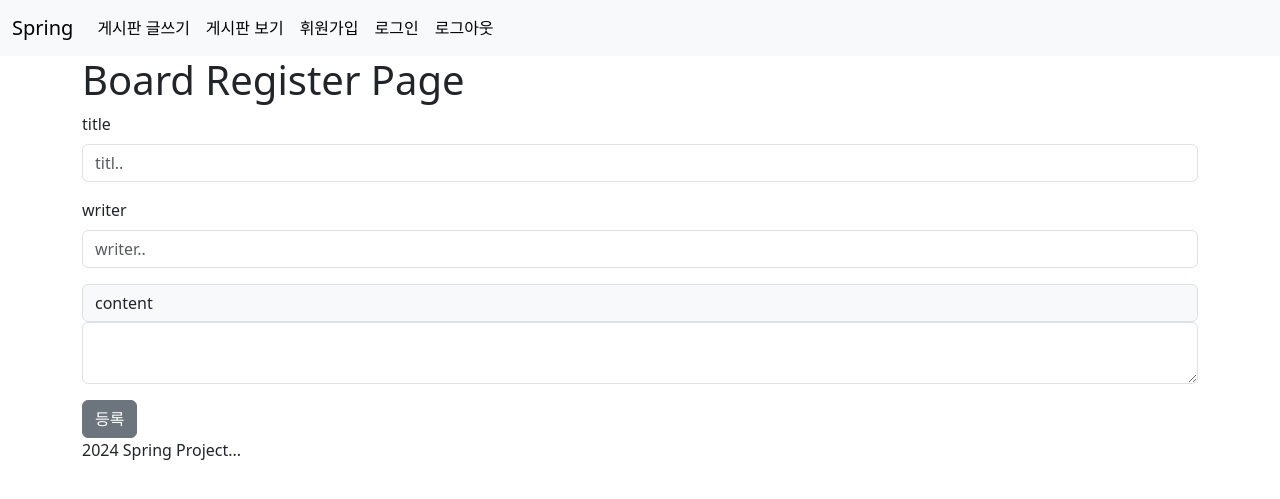
Repository: dlfhrrl12/springtest
Page: http://localhost/spring_study/WEB-INF/views/board/register.jsp
The author's editor kept a copy of each file at every save. The page is drawn from the files as they stood at one save, then again after the next save.
The browser window is 1280 px wide. The pictures show the whole page.
The page is served by Tomcat 9. Nobody is signed in. The template is opened directly, without the code that normally fills it, so the values that code supplies are empty.

Above is the page before, as saved 2024-04-24 01:13:06.

After the next save:
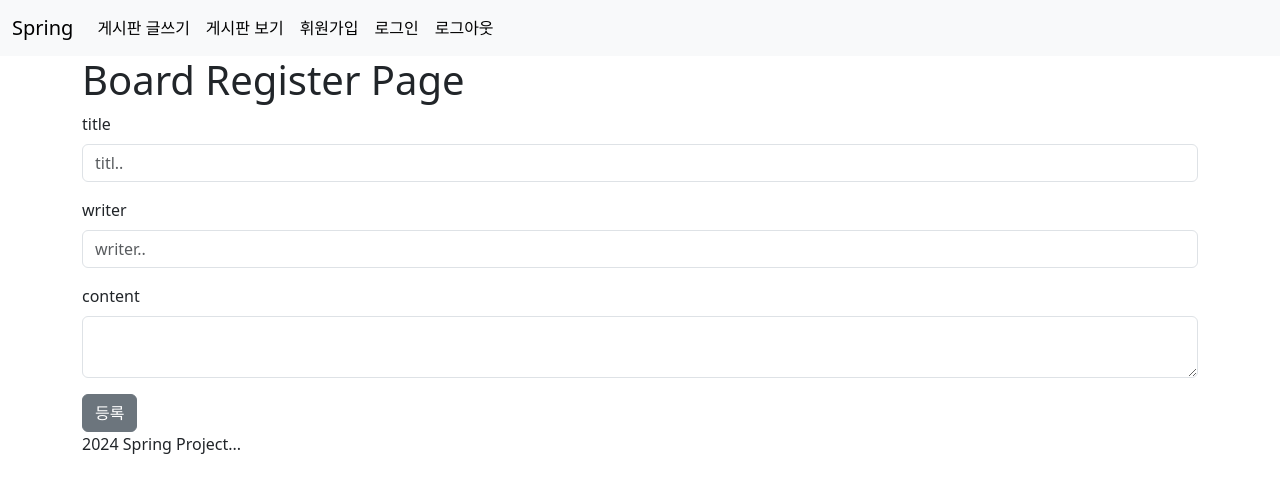
Saved 2 min 12 s later.
--- a/spring_study/src/main/webapp/WEB-INF/views/board/register.jsp
+++ b/spring_study/src/main/webapp/WEB-INF/views/board/register.jsp
@@ -13,8 +13,8 @@
 		  		<input type="text" class="form-control" name="writer" id="w" placeholder="writer..">
 			</div>
 			<div class="mb-3">
-			  <span class="input-group-text">content</span>
-			  <textarea class="form-control" name="content" aria-label="With textarea"></textarea>
+			  <label for="c" class="form-label">content</label>
+			  <textarea class="form-control" id="c" name="content" aria-label="With textarea"></textarea>
 			</div>
 			<button type="submit" class="btn btn-secondary">등록</button>
 		</form>
